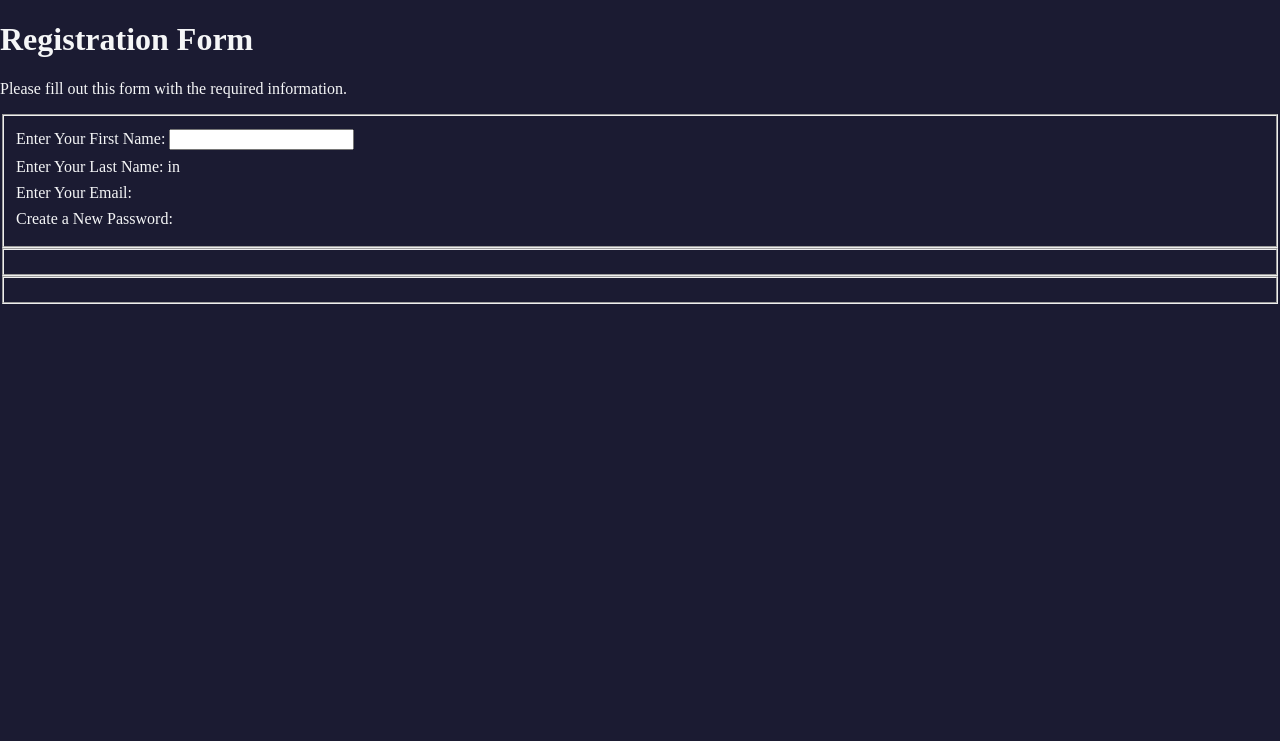
Repository: Lungdjos/registration_form
Page: index.html
These files come from the project's save history. The page is drawn as it stood at one moment and after the next save; the edit follows.
The browser window is 1280 px wide. The pictures show the whole page.

Above is the page before, as saved 2023-09-28 14:33:37.

After the next save:
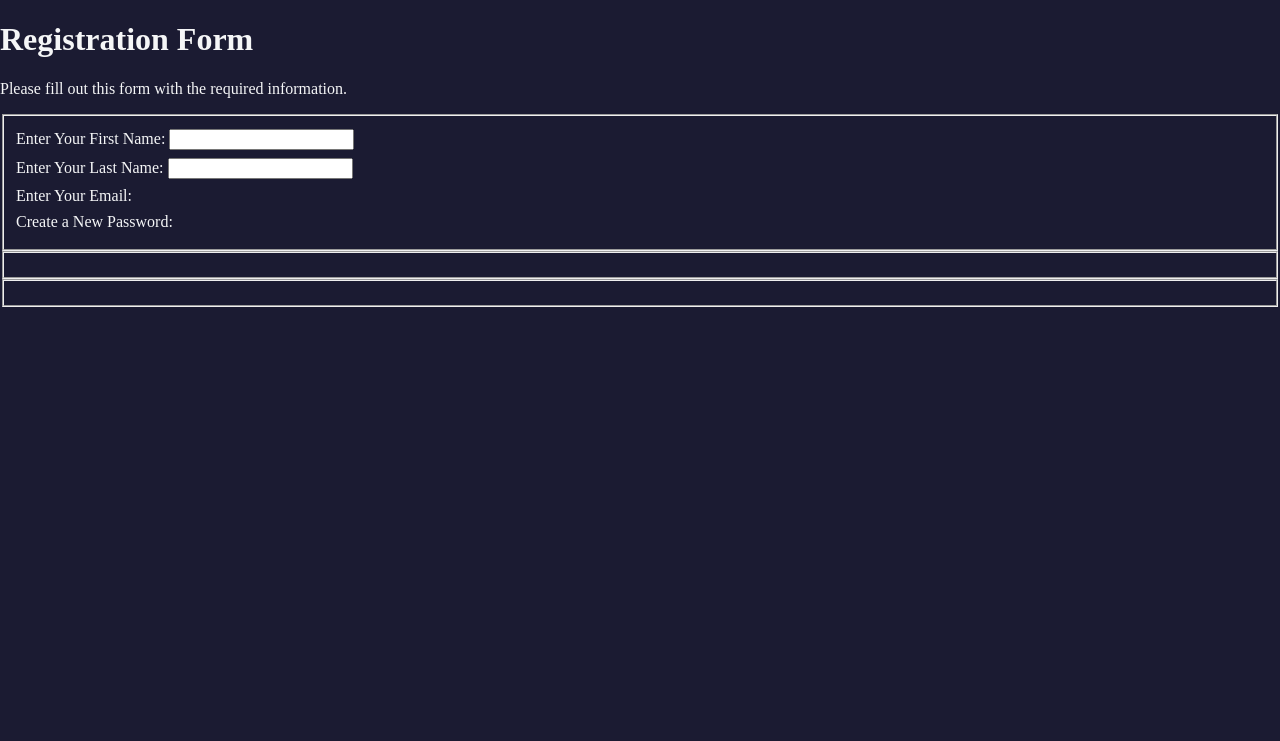
Saved 4 s later.
--- a/index.html
+++ b/index.html
@@ -14,7 +14,7 @@
     <form action="https://register-demo.freecodecamp.org" method="post">
         <fieldset>
             <label for="">Enter Your First Name: <input type="text"> </label>
-            <label for="">Enter Your Last Name: in </label>
+            <label for="">Enter Your Last Name: <input type="text"> </label>
             <label for="">Enter Your Email:</label>
             <label for="">Create a New Password:</label>
         </fieldset>
